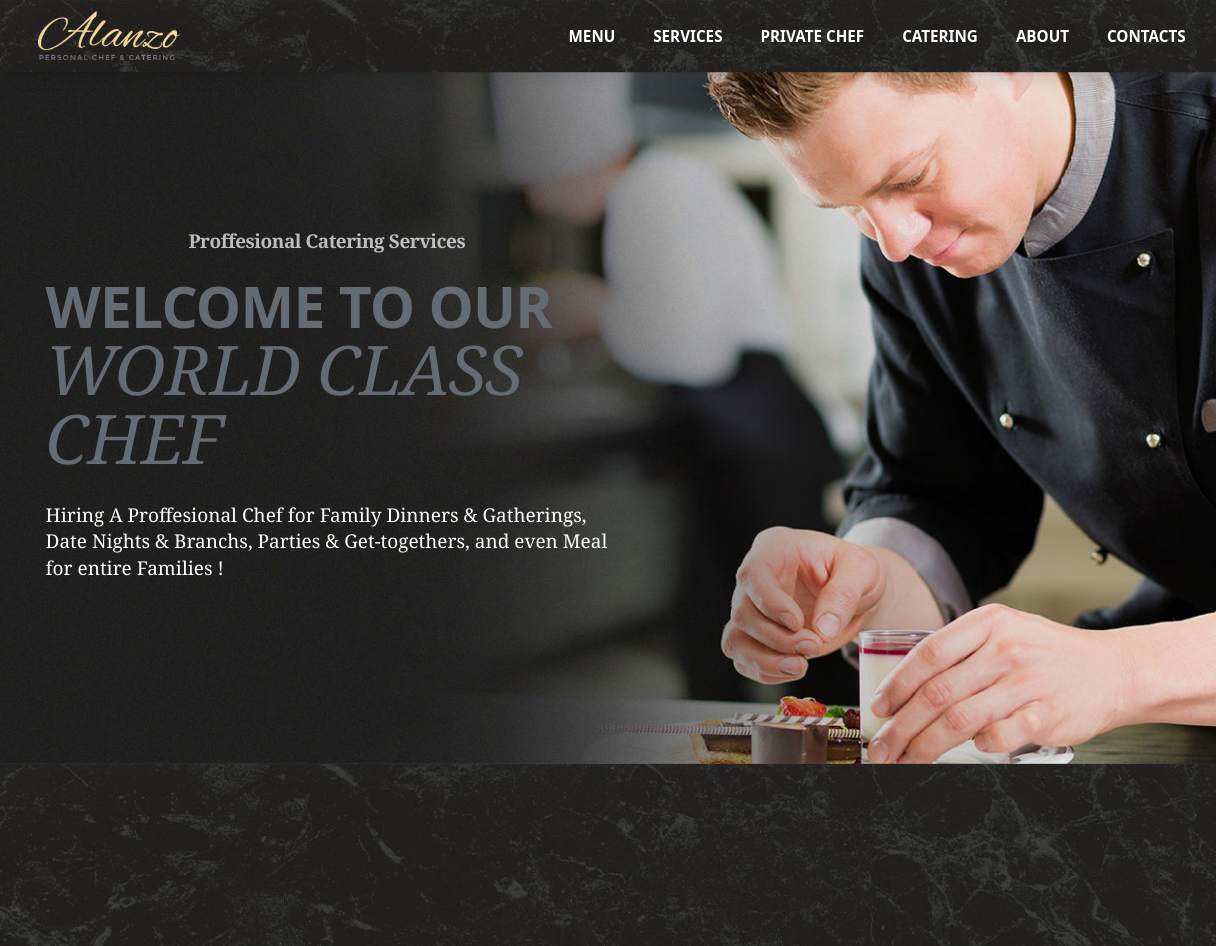
Repository: remydev47/alanzo
Page: /
These files come from the project's save history. The page is drawn as it stood at one moment and after the next save; the edit follows.
The browser window is 1280 px wide. The pictures show the whole page, at 95% of full size.
The project was rebuilt for these pictures with package versions that can differ from the ones it lists, and the page was loaded fresh each time. The framework's server and built-in components were replaced by stand-ins that run in the browser. Also part of the build but not shown: next.config.js, components/Aboutus.tsx, components/Consulting.tsx, components/Catering.tsx, components/Menu.tsx, components/Testimonials.tsx, components/CTA.tsx, components/Footer.tsx.

Above is the page before, as saved 2022-12-17 11:55:08.

### pages/_app.tsx
import '../styles/globals.css'
import type { AppProps } from 'next/app'
import Navbar from '../components/Navbar'

function MyApp({ Component, pageProps }: AppProps) {
  return (
    <>

      <Component {...pageProps} />
    </>
  )
}

export default MyApp

### pages/index.tsx
import type { NextPage } from 'next'
import Head from 'next/head'
import Image from 'next/image'
import { Hero, Services } from '../components'
import Navbar from '../components/Navbar'


const Home: NextPage = () => {
  return (
    <div className="bg-[url('/images/bg_2.jpg')]">
      <Head>
        <title>Avantos</title>
        <link rel="icon" href="/favicon.ico" />
      </Head>
      <Navbar />
      <Hero />
      <Services />

    </div>
  )
}

export default Home

### components/index.ts
import Hero from "./Hero";
import Services from "./Services";
import Aboutus from "./Aboutus";
import Consulting from "./Consulting";
import Catering from "./Catering";
import Menu from "./Menu";
import Testimonials from "./Testimonials";
import CTA from "./CTA";
import Footer from "./Footer";

export {
    Hero, Services, CTA, Catering, Consulting, Footer, Menu, Aboutus, Testimonials
}

### components/Navbar.tsx
import React from 'react';
import { navLinks } from '../constants';
import Menupopover from './Menupopover';
import Image from 'next/image';
import Logo from './Logo';
import { Button } from './Button';

const Navbar = () => {
  return (
    <header className="fixed inset-x-0 bg-[url('/images/bg_2.jpg')] z-20 flex justify-between items-center py-2 px-2 shadow-lg dark:bg-slate-900 sm:py-3 sm:px-8">
            <div className='flex grow-0 basis-1/3 md:hidden'>
                <Menupopover />
            </div>

             <div className='flex grow-0 ml-2 justify-center md:justify-start'>
                <Logo />

            </div>


            <ul className="list-none sm:flex hidden justify-end items-center flex-1">
            {navLinks.map((nav, index) => (
                <li
                key={nav.id}
                className={`font-bold cursor-pointer text-[16px]
                   ${index === navLinks.length - 1 ? 'mr-0' : 'mr-10'}
                  text-white `}
                >
                    <a>{nav.title}</a>
                </li>
            ))}
           </ul>


        </header>
  )
}

export default Navbar

### components/Hero.tsx
import React from 'react'

const Hero = () => {
  return (
    <section className='relative pt-48 pb-12 xl:pt-60 sm:pb-16 lg:pb-32 xl:pb-48 2xl:pb-56'>
    <div className="absolute inset-0">
     <img className="object-cover w-full h-full" src="/images/hero.jpg" alt="" />
    </div>
   <div className='relative'>
    <div className="px-6 mx-auto sm:px-8 lg:px-12 max-w-7xl">
      <div className="w-full lg:w-2/3 xl:w-1/2">
        <h1 className="font-serif text-xl font-bold tracking-tight text-white text-opacity-70 text-center">Proffesional Catering Services</h1>
        <p className="mt-6 tracking-tighter text-[#656b72]">
          <span className="font-sans font-bold text-6xl">WELCOME TO OUR </span><br />
          <span className="font-serif italic font-BOLD text-7xl">WORLD CLASS CHEF</span>
        </p>
        <p className="mt-8 font-erif text-xl font-serif text-[#fff]">
          Hiring A Proffesional Chef for Family Dinners & Gatherings, Date Nights & Branchs, Parties & Get-togethers, and even Meal for entire Families !
        </p>
      </div>
    </div>
   </div>
  </section>
  )
}

export default Hero

### components/Services.tsx
import React from 'react'
import styles from '../styles'

const Services = () => {
  return (
    <section className={`${styles.paddings} bg-[url('/images/bg_2.jpg')] sm:py-16 lg:py-24`}>

    </section>
  )
}

export default Services

### constants/index.ts
export const navLinks =[
    {
        id:"menu",
        title:"MENU",
    },
    {
        id:"services",
        title:"SERVICES",
    },
    {
        id:"privatechef",
        title:"PRIVATE CHEF",
    },
    {
        id:"catering",
        title:"CATERING",
    },
    {
        id:"aboutus",
        title:"ABOUT",
    },
    {
        id:"contacts",
        title:"CONTACTS",
    },
]

### components/Menupopover.tsx
import React, {useState, Fragment} from 'react';
import { navLinks } from '../constants';
import { IconButton, Button } from './Button';
import { Transition, Dialog } from '@headlessui/react';
import Logo from './Logo';
import Image from 'next/image';

const Menupopover = () => {
  const [isOpen, setIsOpen] = useState(false)

  return (
    <div>
    <IconButton
      variant='ghost'
      aria-label='menu'
      onClick={() => setIsOpen(!isOpen)}
    >
      <svg className='w-6 h-6 ' fill='none' stroke='currentColor'>
        <path
          strokeLinecap='round'
          strokeLinejoin='round'
          strokeWidth={2}
          d='M4 6h16M4 12h16M4 18h16'
        />
      </svg>
    </IconButton>
    <Transition
      show={isOpen}
      appear
      as={Fragment}
      enter='transform transition ease-in-out duration-300'
      enterFrom='-translate-x-full'
      enterTo='translate-x-0'
      leave='transform transition ease-in-out duration-300 delay-200'
      leaveFrom='translate-x-0'
      leaveTo='-translate-x-full'
     >
     <Dialog
       as='div'
       className={`fixed inset-0 z-50`}
       onClose={setIsOpen}
       open={isOpen}
       >
       <Transition.Child
         as={Fragment}
         enter='ease-out duration-300 delay-300'
         enterFrom='opacity-0'
         enterTo='opacity-100'
         leave='ease-in duration-200'
         leaveFrom='opacity-100'
         leaveTo='opacity-0'
       >

        <Dialog.Overlay
          className={`fixed inset-0 bg-black/20 backdrop-blur-sm dark:bg-gray-900/80`}
         />
      </Transition.Child>
       <div className={styles.dialogcontainer}>
        <a className='mx-auto mt-4 flex w-[140px] '>
          <Logo />
        </a>
        <ul
            className={styles.navWrapper2}
         >
            {navLinks.map((nav, index) => (
                <li
                 key={nav.id}
                 className={` font-bold cursor-pointer text-[16px]
                  mt-2 border-t border-slate-200 py-4 dark:border-slate-600
                  ${index === navLinks.length - 1 ? 'mr-0' : 'mb-4'}
                  text-white `}
                >
                 <a href={`#${nav.id}`}>
                    {nav.title}
                 </a>
                </li>
             ))}
         </ul>

        <IconButton
          variant='ghost'
          aria-label='close menu'
          className='absolute top-5 right-5'
          onClick={() => setIsOpen(false)}
        >
          <svg
            viewBox='0 0 10 10'
            className='h-2.5 w-2.5 overflow-visible'
            aria-hidden='true'
          >
            <path
                d='M0 0L10 10M10 0L0 10'
                fill='none'
                stroke='currentColor'
                strokeWidth='2'
                strokeLinecap='round'
              />
          </svg>
        </IconButton>
       </div>
     </Dialog>
    </Transition>
  </div>
  )
}

export default Menupopover;

const styles ={
  dialogcontainer:`fixed top-0 bottom-0 left-0 w-full max-w-xs rounded-r-xl bg-[#092341] p-6 shadow-lg dark:bg-gray-800`,
  menuitems:`group relative flex h-9 items-center oveflow-hidden rounded-md hover:bg-slate-200/50`,
  navWrapper2:`list-none flex flex-col justify-end items-center flex-1`,
}

### components/Logo.tsx
import React from 'react'
import Image from 'next/image'

const Logo = () => {
  return (
    <div>
      <Image
        src='/images/logo.png'
        alt='Alanzo'
        height={60}
        width={150}
      />
    </div>
  )
}

export default Logo

### styles/index.ts
const styles = {
    innerWidth: '2xl:max-w-[1280px] w-full',
    interWidth: 'lg:w-[80%] w-[100%]',

    paddings: 'sm:p-16 xs:p-8 px-6 py-12',
    yPaddings: 'sm:py-16 xs:py-8 py-12',
    xPaddings: 'sm:px-16 px-6',
    topPaddings: 'sm:pt-16 xs:pt-8 pt-12',
    bottomPaddings: 'sm:pb-16 xs:pb-8 pb-12',

    flexCenter: 'flex justify-center items-center',
    flexStart: 'flex justify-start items-start',
    flexEnd: 'flex justify-end',
    navPadding: 'pt-[98px]',

    // hero section
    heroHeading:
        'font-bold lg:text-[144px] md:text-[100px] sm:text-[60px] text-[44px] lg:leading-[158.4px] md:leading-[114.4px] sm:leading-[74.4px] leading-[64.4px] uppercase text-white',
    heroDText:
        'md:w-[212px] sm:w-[80px] w-[60px] md:h-[108px] sm:h-[48px] h-[38px] md:border-[18px] border-[9px] rounded-r-[50px] border-white sm:mx-2 mx-[6px]',
  };

  export default styles;

### components/Button/index.tsx
import React, { forwardRef } from "react";
//import { __DEV__ } from "../../utils/assertions";

type BaseButtonProps = Omit<React.HTMLProps<HTMLButtonElement>, "size">;

/* === Button Element === */

export interface ButtonProps extends BaseButtonProps {
  children: React.ReactNode;
  fullWidth?: boolean;
  className?: string;
  variant?: "solid" | "outline" | "ghost";
  size?: "sm" | "md" | "lg";
  as?: string;
  isExternal?: boolean;
  type?: "button" | "submit" | "reset";
}

export const Button = forwardRef<HTMLButtonElement, ButtonProps>(
  (
    {
      children,
      variant = "solid",
      size = "md",
      fullWidth = false,
      className,
      as = "button",
      isExternal = false,
      ...rest
    },
    ref
  ) => {
    let tempClassNames: string[] = [];

    const sharedClasses = [
      "capitalize",
      "focus:outline-none",
      "focus:ring-2",
      "focus:ring-indigo-400",
      "focus:ring-offset-2",
      "focus:ring-offset-indigo-50",
      "font-semibold",
      "rounded-full",
      "inline-flex",
      "flex-shrink-0",
      "items-center",
      "justify-center",
      "transition-colors",
      "ease-in-out",
      "duration-500",
    ];

    if (fullWidth) sharedClasses.push("w-full");

    // handle variants
    let btnSolid = ["bg-indigo-600", "hover:bg-indigo-700", "text-white"];
    let btnOutline = [
      "dark:text-white",
      "hover:text-indigo-700",
      "hover:dark:text-indigo-700",
      "bg-transparent",
      "hover:bg-indigo-50",
      "border",
      "border-indigo-600",
    ];
    let btnGhost = [
      "bg-transparent",
      "dark:text-white",
      "hover:bg-indigo-50",
      "hover:text-indigo-700",
      "hover:dark:text-indigo-700",
    ];

    if (variant === "solid") {
      tempClassNames = [...sharedClasses, ...btnSolid];
    } else if (variant === "outline") {
      tempClassNames = [...sharedClasses, ...btnOutline];
    } else if (variant === "ghost") {
      tempClassNames = [...sharedClasses, ...btnGhost];
    }

    // handle sizes
    let sizeSm = ["h-8", "px-2", "text-sm"];
    let sizeMd = ["h-10", "px-3"];
    let sizeLg = ["h-12", "px-4", "text-lg"];

    if (size === "sm") {
      tempClassNames = [...tempClassNames, ...sizeSm];
    } else if (size === "md") {
      tempClassNames = [...tempClassNames, ...sizeMd];
    } else if (size === "lg") {
      tempClassNames = [...tempClassNames, ...sizeLg];
    }

    let classes = tempClassNames.join(" ");

    let Element = as ? (
      React.createElement(
        as,
        {
          className: `${classes} ${className}`,
          target: isExternal ? "_blank" : undefined,
          rel: isExternal ? "noopener noreferrer" : undefined,
          ref,
          ...rest,
        },
        children
      )
    ) : (
      <button {...rest} className={`${classes} ${className}`} ref={ref}>
        {children}
      </button>
    );

    return Element;
  }
);

// if (__DEV__) {
//   Button.displayName = "Button";
// }

/* === IconButton Element === */

export interface IconButtonProps extends ButtonProps {
  icon?: React.ReactElement;
  "aria-label": string;
}

export const IconButton = forwardRef<HTMLButtonElement, IconButtonProps>(
  (
    {
      children,
      icon,
      className,
      "aria-label": ariaLabel,
      size = "md",
      ...rest
    },
    ref
  ) => {
    let sharedClasses = ["rounded-full", "!px-0"];

    // handle sizes
    let sizeSm = ["w-8"];
    let sizeMd = ["w-10"];
    let sizeLg = ["w-12"];

    if (size === "sm") {
      sharedClasses = [...sharedClasses, ...sizeSm];
    } else if (size === "md") {
      sharedClasses = [...sharedClasses, ...sizeMd];
    } else if (size === "lg") {
      sharedClasses = [...sharedClasses, ...sizeLg];
    }

    /**
     * Passing the icon as prop or children should work
     */
    const element = icon || children;
    const _children = React.isValidElement(element)
      ? React.cloneElement(element as any, {
          "aria-hidden": true,
          focusable: false,
        })
      : null;

    let classes = sharedClasses.join(" ");
    return (
      <Button
        className={`${classes} ${className}`}
        aria-label={ariaLabel}
        size={size}
        {...rest}
        ref={ref}
      >
        {_children}
      </Button>
    );
  }
)

### tailwind.config.js
/** @type {import('tailwindcss').Config} */
module.exports = {
  content: [
    './pages/**/*.{js,ts,jsx,tsx}',
    './components/**/*.{js,ts,jsx,tsx}',
  ],
  theme: {
    extend: {
      backgroundImage: {
        'bg_2': "url('/images/bg_2.jpg')",
      },
      colors: {
        'primary-black': '#1A232E',
        'secondary-white': '#c7c7c7',
      },
    },
  },
  plugins: [],
}

Loaded but not shown: styles/globals.css (common file)

After the next save:
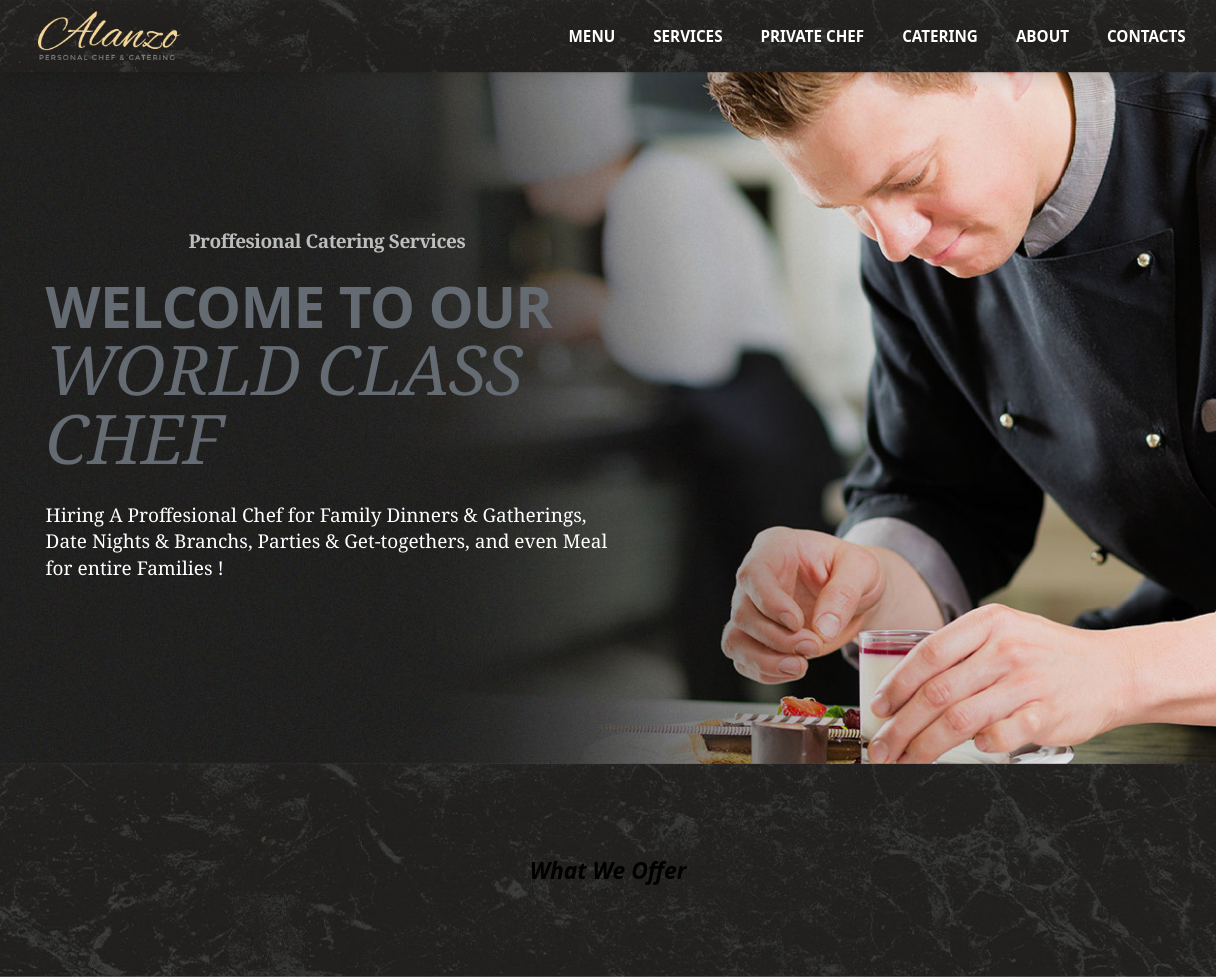
Saved 2 min 53 s later.
--- a/components/Services.tsx
+++ b/components/Services.tsx
@@ -4,7 +4,11 @@ import styles from '../styles'
 const Services = () => {
   return (
     <section className={`${styles.paddings} bg-[url('/images/bg_2.jpg')] sm:py-16 lg:py-24`}>
-
+      <div className="px-4 mx-auto max-w-7xl sm:px-6 lg:px-8">
+       <div className="max-w-2xl mx-auto text-center">
+        <h2 className="text-xl italic font-semibold leading-tight text-black  lg:text-2xl">What We Offer</h2>
+       </div>
+      </div>
     </section>
   )
 }
